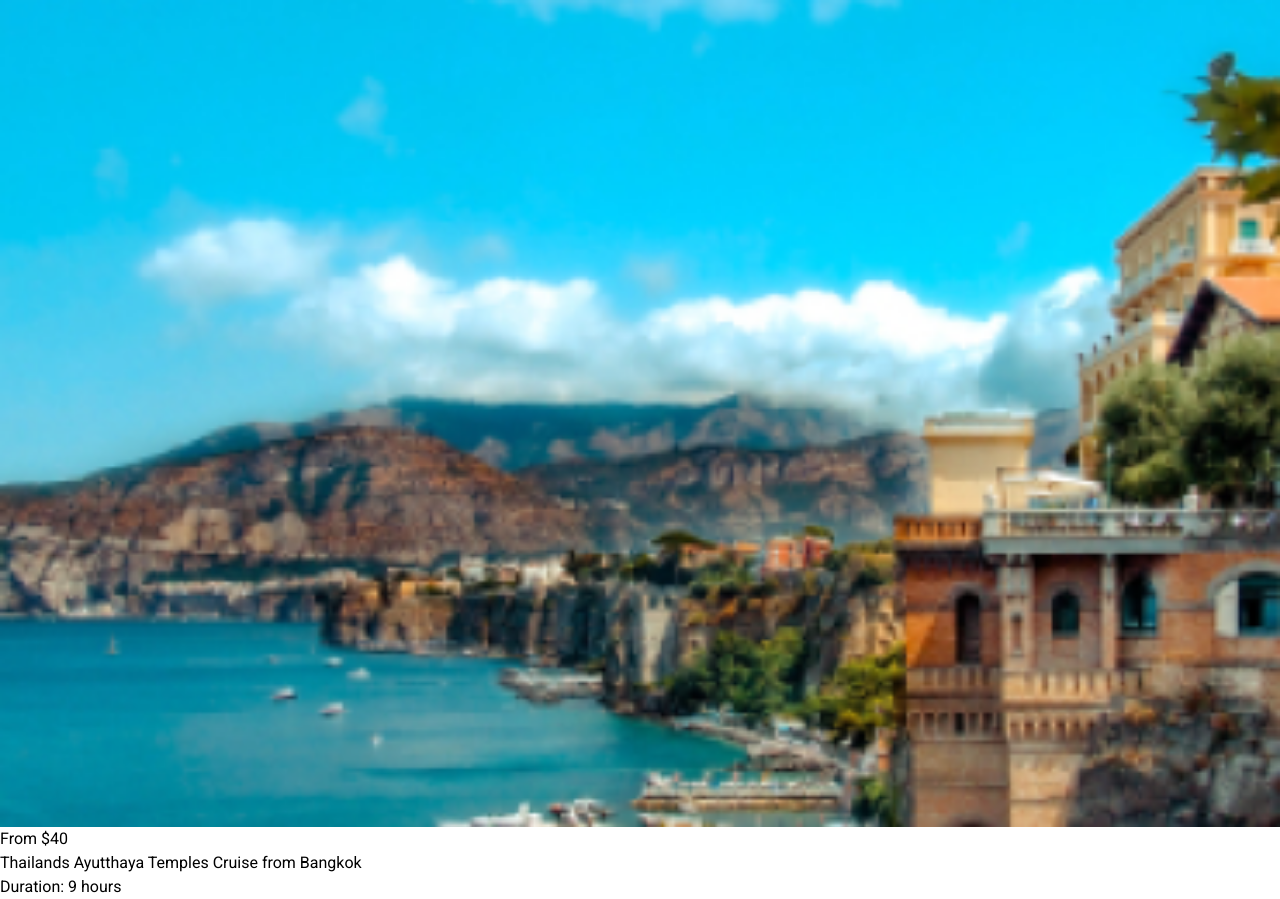
Repository: phanhuy16/Folder
Page: form login/index.html
An editor plug-in stored every save of this project. The page is shown before and after the next save, followed by the edit.
The browser window is 1280 px wide. The pictures show the whole page.

Above is the page before, as saved 2023-05-07 10:12:37.

After the next save:
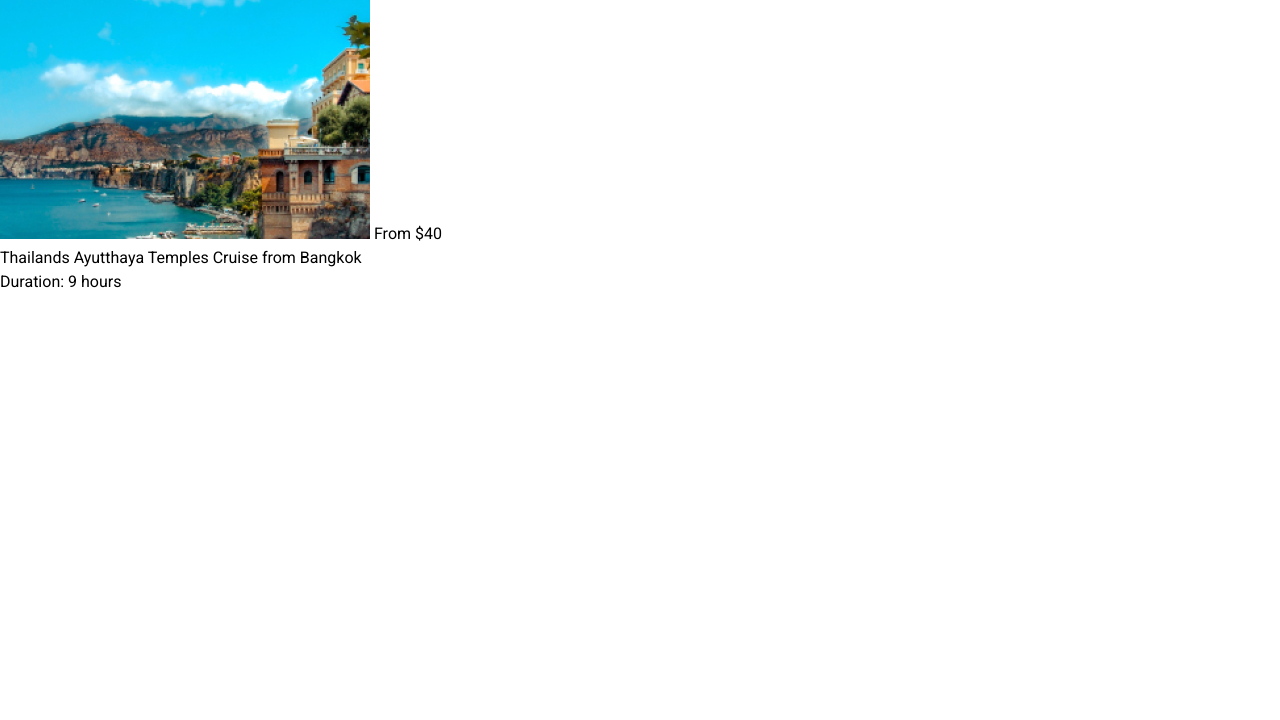
Saved 64 s later.
--- a/form login/main/reset.css
+++ b/form login/main/reset.css
@@ -1,32 +1,28 @@
 * {
-	box-sizing: inherit;
-	margin: 0;
-	padding: 0;
-	border: 0;
+  box-sizing: inherit;
+  margin: 0;
+  padding: 0;
+  border: 0;
 }
 
 html {
-	font-family: 'Roboto', sans-serif;
-	line-height: 1.5;
-	font-size: 62.5%;
-	box-sizing: border-box;
+  font-family: "Roboto", sans-serif;
+  line-height: 1.5;
+  font-size: 62.5%;
+  box-sizing: border-box;
 }
 
 body {
-	color: black;
-	overflow: hidden;
-	font-size: 16px;
+  color: black;
+  overflow: hidden;
+  font-size: 16px;
 }
 
-img {
-	display: block;
-	width: 100%;
-}
-
-ol, ul {
-	list-style: none;
+ol,
+ul {
+  list-style: none;
 }
 
 a {
-	text-decoration: none;
+  text-decoration: none;
 }
